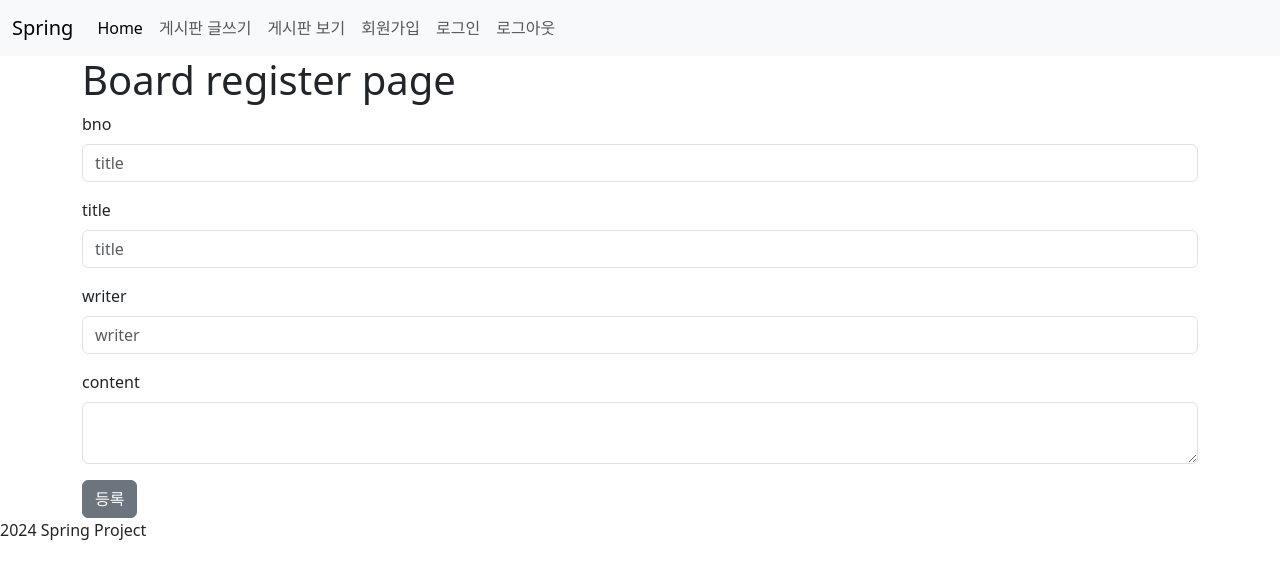
Repository: kimnoanoa/springTest240430
Page: http://localhost/spring_study/WEB-INF/views/board/detail.jsp
These files come from the project's save history. The page is drawn as it stood at one moment and after the next save; the edit follows.
The browser window is 1280 px wide. The pictures show the whole page.
The page is served by Tomcat 9. Nobody is signed in. The template is opened directly, without the code that normally fills it, so the values that code supplies are empty.

Above is the page before, as saved 2024-04-24 05:46:48.

### spring_study/src/main/webapp/WEB-INF/views/board/detail.jsp
<%@ page language="java" contentType="text/html; charset=UTF-8"
    pageEncoding="UTF-8"%>
    <jsp:include page="../layout/header.jsp"></jsp:include>
	<div class="container-md">
	<h1>Board register page</h1>

			<div class="mb-3">
			  <label for="n" class="form-label">bno</label>
			  <input type="text" class="form-control" id="n" name="title" placeholder="title">
			</div>
			<div class="mb-3">
			  <label for="t" class="form-label">title</label>
			  <input type="text" class="form-control" id="t" name="title" placeholder="title">
			</div>
			<div class="mb-3">
			  <label for="w" class="form-label">writer</label>
			  <input type="text" class="form-control" id="w" name="writer" placeholder="writer">
			</div>
			<div class="mb-3">
			   <label for="c" class="form-label">content</label>
			  <textarea class="form-control" id="c" aria-label="With textarea" name="content"></textarea>
			</div>
			<button type="submit" class="btn btn-secondary">등록</button>

	</div>

    <jsp:include page="../layout/footer.jsp"></jsp:include>

### spring_study/src/main/webapp/WEB-INF/views/layout/header.jsp
<%@ page language="java" contentType="text/html; charset=UTF-8"
    pageEncoding="UTF-8"%>
<!DOCTYPE html>
<html>
<head>
<meta charset="UTF-8">
<title>header.jsp</title>
</head>
<link href="https://cdn.jsdelivr.net/npm/bootstrap@5.3.3/dist/css/bootstrap.min.css" rel="stylesheet" integrity="sha384-QWTKZyjpPEjISv5WaRU9OFeRpok6YctnYmDr5pNlyT2bRjXh0JMhjY6hW+ALEwIH" crossorigin="anonymous">
<script src="https://cdn.jsdelivr.net/npm/bootstrap@5.3.3/dist/js/bootstrap.bundle.min.js" integrity="sha384-YvpcrYf0tY3lHB60NNkmXc5s9fDVZLESaAA55NDzOxhy9GkcIdslK1eN7N6jIeHz" crossorigin="anonymous"></script>
<body>
<nav class="navbar navbar-expand-lg bg-body-tertiary">
  <div class="container-fluid">
    <a class="navbar-brand" href="#">Spring</a>
    <button class="navbar-toggler" type="button" data-bs-toggle="collapse" data-bs-target="#navbarSupportedContent" aria-controls="navbarSupportedContent" aria-expanded="false" aria-label="Toggle navigation">
      <span class="navbar-toggler-icon"></span>
    </button>
    <div class="collapse navbar-collapse" id="navbarSupportedContent">
      <ul class="navbar-nav me-auto mb-2 mb-lg-0">
        <li class="nav-item">
          <a class="nav-link active" aria-current="page" href="#">Home</a>
        </li>
        <li class="nav-item">
          <a class="nav-link" href="/board/register">게시판 글쓰기</a>
        </li>
        <li class="nav-item">
          <a class="nav-link" href="/board/list">게시판 보기</a>
        </li>
        <li class="nav-item">
          <a class="nav-link" href="#">회원가입</a>
        </li>
        <li class="nav-item">
          <a class="nav-link" href="#">로그인</a>
        </li>
        <li class="nav-item">
          <a class="nav-link" href="#">로그아웃</a>
        </li>
        </ul>
    </div>
  </div>
</nav>

### spring_study/src/main/webapp/WEB-INF/views/layout/footer.jsp
<%@ page language="java" contentType="text/html; charset=UTF-8"
    pageEncoding="UTF-8"%>
<div>
2024 Spring Project
</div>
</body>
</html>

After the next save:
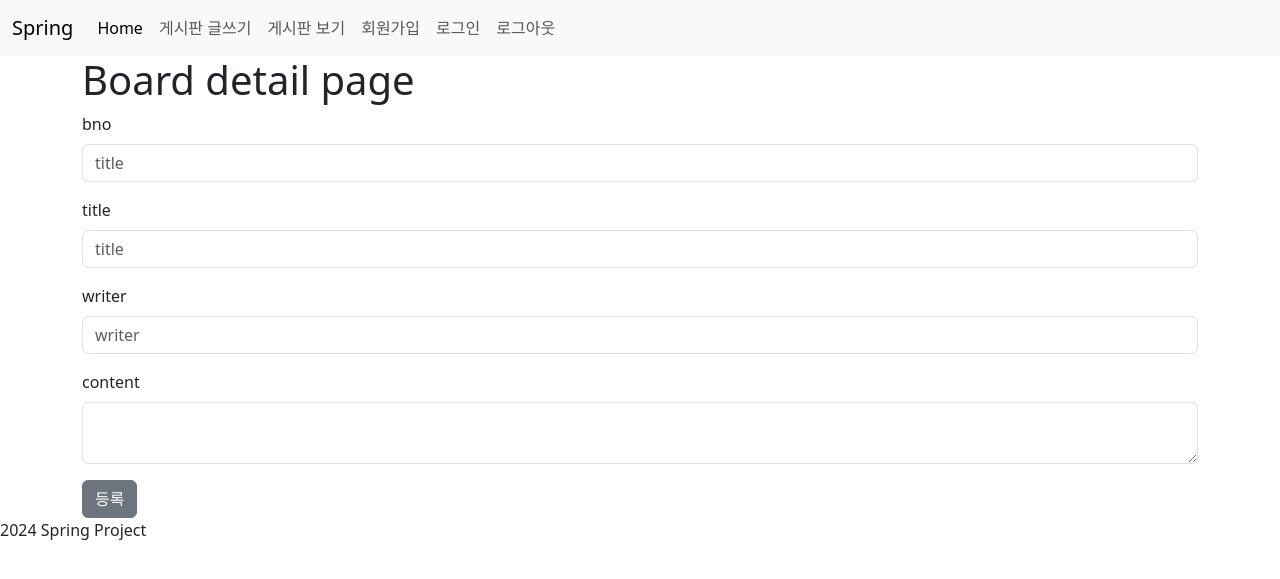
Saved 6 s later.
--- a/spring_study/src/main/webapp/WEB-INF/views/board/detail.jsp
+++ b/spring_study/src/main/webapp/WEB-INF/views/board/detail.jsp
@@ -2,7 +2,7 @@
     pageEncoding="UTF-8"%>
     <jsp:include page="../layout/header.jsp"></jsp:include>
 	<div class="container-md">
-	<h1>Board register page</h1>
+	<h1>Board detail page</h1>
 
 			<div class="mb-3">
 			  <label for="n" class="form-label">bno</label>
